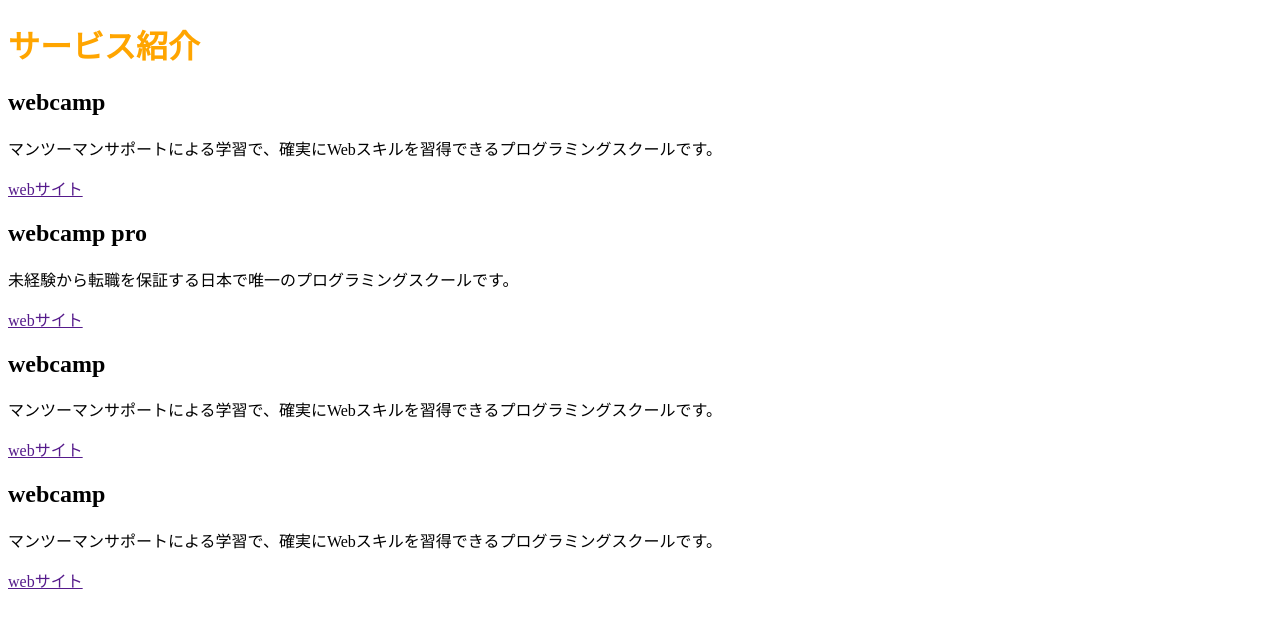
Repository: ryo32sun/Html-Practice
Page: sample/sample.html
The author's editor kept a record of every edit. The page is drawn from the files as they stood at one moment, then again after the next edit.
The browser window is 1280 px wide. The pictures show the whole page.

Above is the page before.

After the next edit:
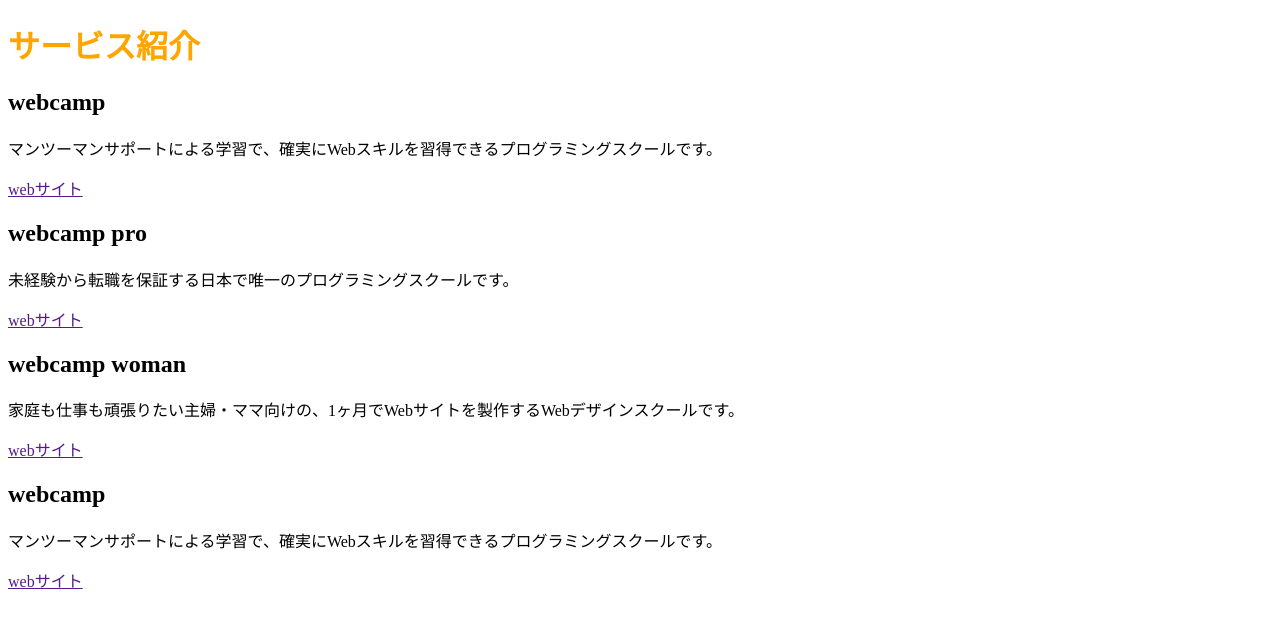
The edit:
--- a/sample/sample.html
+++ b/sample/sample.html
@@ -14,8 +14,8 @@
     <h2>webcamp pro</h2>
     <p>未経験から転職を保証する日本で唯一のプログラミングスクールです。</p>
     <a href="">webサイト</a>
-    <h2>webcamp</h2>
-    <p>マンツーマンサポートによる学習で、確実にWebスキルを習得できるプログラミングスクールです。</p>
+    <h2>webcamp woman</h2>
+    <p>家庭も仕事も頑張りたい主婦・ママ向けの、1ヶ月でWebサイトを製作するWebデザインスクールです。</p>
     <a href="">webサイト</a>
     <h2>webcamp</h2>
     <p>マンツーマンサポートによる学習で、確実にWebスキルを習得できるプログラミングスクールです。</p>
